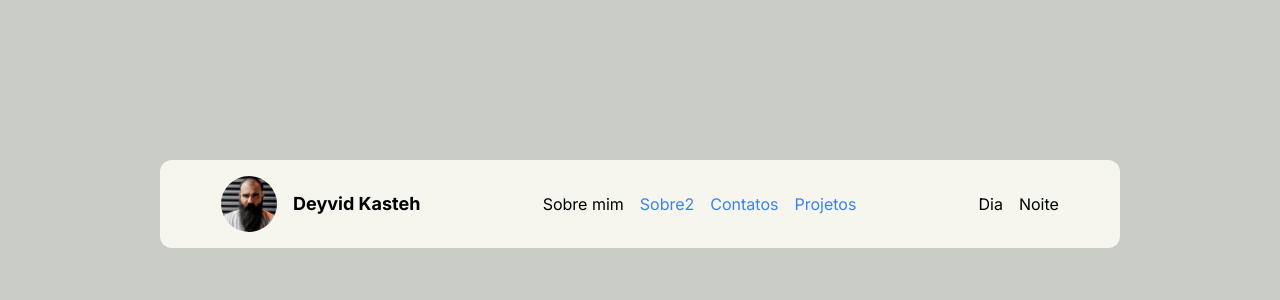
Repository: Deyvid-Kasteh/kasteh_portfolio
Page: /
The author's editor kept a copy of each file at every save. The page is drawn from the files as they stood at one save, then again after a run of saves.
The browser window is 1280 px wide. The pictures show the whole page.
The project was rebuilt for these pictures with package versions that can differ from the ones it lists, and the page was loaded fresh each time. The framework's server and built-in components were replaced by stand-ins that run in the browser. Also part of the build but not shown: next.config.mjs.

Above is the page before, as saved 2024-03-24 17:13:11.

### src/app/layout.tsx
import type { Metadata } from "next";
import { Inter } from "next/font/google";
import "./globals.css";

const inter = Inter({ subsets: ["latin"] });

export const metadata: Metadata = {
  title: "Create Next App",
  description: "Generated by create next app",
};

export default function RootLayout({
  children,
}: Readonly<{
  children: React.ReactNode;
}>) {
  return (
    <html lang="pt-br">
      <body
        className={`bg-customGrayBG ${inter.className} p-4 sm:p-6 md:p-8 lg:p-10 xl:p-40`}
      >
        {children}
      </body>
    </html>
  );
}

### src/app/page.tsx
import Header from "./components/header";

export default function Home() {
  return (
    <>
      <Header />
      <main></main>
      <footer></footer>
    </>
    // <main className="bg-neutral-200 flex min-h-screen flex-col items-center justify-between p-24">

    // </main>
  );
}

### src/app/globals.css
@tailwind base;
@tailwind components;
@tailwind utilities;

:root {
  --foreground-rgb: 0, 0, 0;
  --background-start-rgb: 214, 219, 220;
  --background-end-rgb: 0, 0, 0;
}

/* @media (prefers-color-scheme: dark) {
  :root {
    --foreground-rgb: 255, 255, 255;
    --background-start-rgb: 0, 0, 0;
    --background-end-rgb: 0, 0, 0;
  }
} */

body {
  color: "#25282B"
  /* background: linear-gradient(
      to bottom,
      transparent,
      rgb(var(--background-end-rgb))
    )
    rgb(var(--background-start-rgb)); */
}



@layer utilities {
  .text-balance {
    text-wrap: balance;
  }
}

### src/app/components/header.tsx
import React from "react";
import logo from "../../../public/deyvidKaseth.jpg";
import Image from "next/image";

const Header: React.FC = () => {
  return (
    <header className="bg-customGrayComponents flex justify-around items-center py-4 rounded-xl">
      <div className="flex items-center space-x-4">
        <Image src={logo} alt="Logo" className="rounded-full w-14 h-14" />
        <h1 className="text-lg font-bold">Deyvid Kasteh</h1>
      </div>
      <nav>
        <ul className="flex space-x-4">
          <li>
            <a href="#">Sobre mim</a>
          </li>
          <li>
            <a
              href="#"
              className="text-blue-500 hover:text-blue-700 hover:bg-blue-500"
            >
              Sobre2
            </a>
          </li>
          <li>
            <a href="#" className="text-blue-500 hover:text-blue-700">
              Contatos
            </a>
          </li>
          <li>
            <a href="#" className="text-blue-500 hover:text-blue-700">
              Projetos
            </a>
          </li>
        </ul>
      </nav>
      <div className="flex space-x-4">
        <p>Dia</p>
        <p>Noite</p>
      </div>
    </header>
  );
};

export default Header;

### tailwind.config.ts
import type { Config } from "tailwindcss";

const config: Config = {
  content: [
    "./src/pages/**/*.{js,ts,jsx,tsx,mdx}",
    "./src/components/**/*.{js,ts,jsx,tsx,mdx}",
    "./src/app/**/*.{js,ts,jsx,tsx,mdx}",
  ],
  theme: {
    extend: {
      backgroundImage: {
        "gradient-radial": "radial-gradient(var(--tw-gradient-stops))",
        "gradient-conic":
          "conic-gradient(from 180deg at 50% 50%, var(--tw-gradient-stops))",
      },
      colors: {
        customGrayBG: "#CACCC6", // Definindo o background color
        customGrayComponents: "#F6F6EF",
      },
    },
  },
  plugins: [],
};
export default config;

After the next 2 saves:
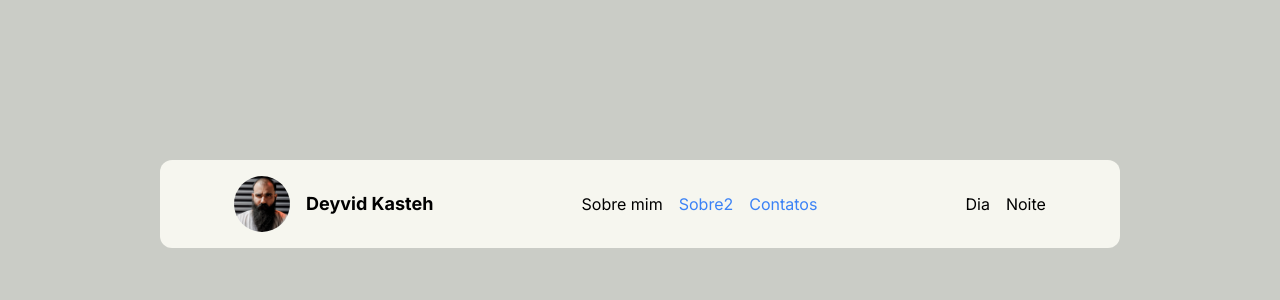
The 2 saves are shown as one change because they came seconds apart.
The last was saved 17 s later.
--- a/src/app/components/header.tsx
+++ b/src/app/components/header.tsx
@@ -14,6 +14,7 @@ const Header: React.FC = () => {
           <li>
             <a href="#">Sobre mim</a>
           </li>
+
           <li>
             <a
               href="#"
@@ -27,11 +28,6 @@ const Header: React.FC = () => {
               Contatos
             </a>
           </li>
-          <li>
-            <a href="#" className="text-blue-500 hover:text-blue-700">
-              Projetos
-            </a>
-          </li>
         </ul>
       </nav>
       <div className="flex space-x-4">
